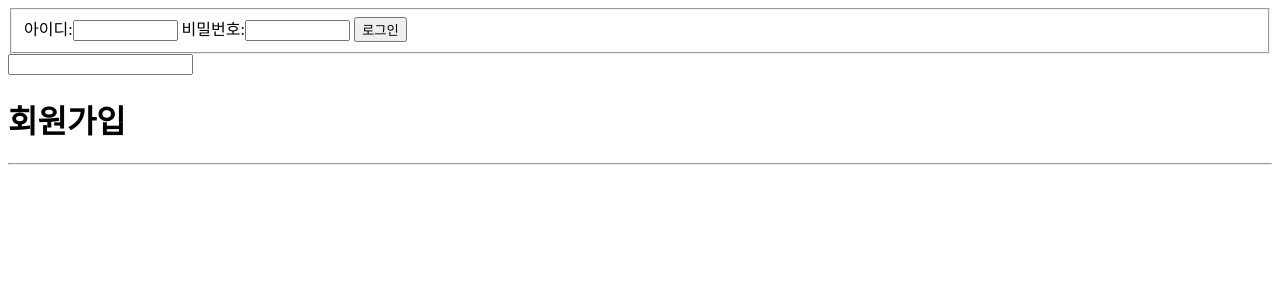
Repository: to-flatwhite1/JSP
Page: http://localhost/JSP/
The author's editor kept a copy of each file at every save. The page is drawn from the files as they stood at one save, then again after the next save.
The browser window is 1280 px wide. The pictures show the whole page.
The page is served by Tomcat 9.

Above is the page before, as saved 2024-05-17 08:29:14.

After the next save:
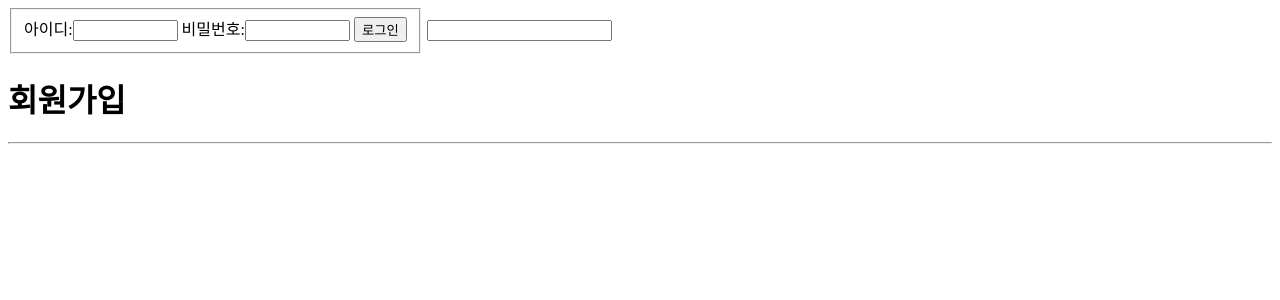
Saved 43 s later.
--- a/portfolio-master/JSP/src/main/webapp/index.jsp
+++ b/portfolio-master/JSP/src/main/webapp/index.jsp
@@ -5,6 +5,11 @@
 	<head>
 		<meta charset="utf-8">
 		<title></title>
+		<style>
+		form{
+		display:inline-block;
+		}
+		</style>
 	</head>
 	<body>
 
